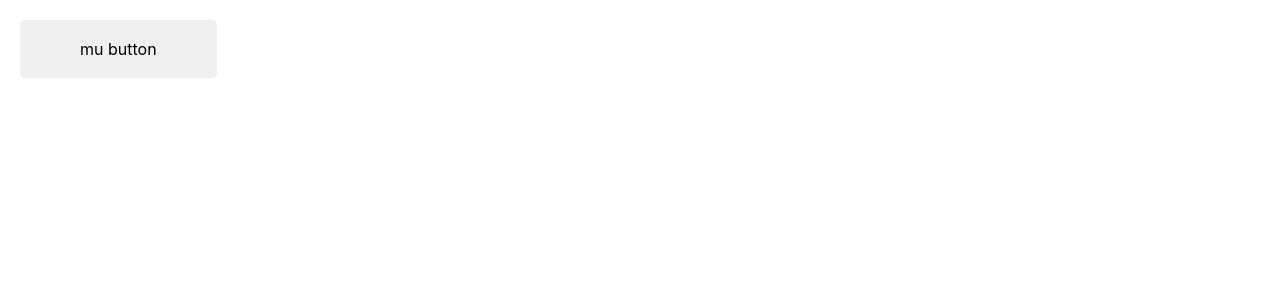
Repository: HuoXiaoYe/huoxiaoye_mumu
Page: /
These files come from the project's save history. The page is drawn as it stood at one moment and after a run of saves; the edit follows.
The browser window is 1280 px wide. The pictures show the whole page.
The project was rebuilt for these pictures with package versions that can differ from the ones it lists, and the page was loaded fresh each time.

Above is the page before, as saved 2020-07-06 09:51:36.

### src/App.tsx
import React from 'react';
import './App.css';
import "@/ui/less/reset.less"

import ButtonWrap from "@/pages/button/buttonWrap"

function App() {
  return (
    <div className="App">
      <ButtonWrap />
    </div>
  );
}

export default App;

### src/ui/less/reset.less
@import "@/ui/less/variables.less";
/*! normalize.css v8.0.1 | MIT License | github.com/necolas/normalize.css */

/* Document
   ========================================================================== */

/**
 * 1. Correct the line height in all browsers.
 * 2. Prevent adjustments of font size after orientation changes in iOS.
 */

 html {
    font-size: @fontNormalSize;
    line-height: 1.15; /* 1 */
    -webkit-text-size-adjust: 100%; /* 2 */
  }

  /* Sections
     ========================================================================== */

  /**
   * Remove the margin in all browsers.
   */

  body {
    margin: 0;
  }

  /**
   * Render the `main` element consistently in IE.
   */

  main {
    display: block;
  }

  /**
   * Correct the font size and margin on `h1` elements within `section` and
   * `article` contexts in Chrome, Firefox, and Safari.
   */

  h1 {
    font-size: 2em;
    margin: 0.67em 0;
  }

  /* Grouping content
     ========================================================================== */

  /**
   * 1. Add the correct box sizing in Firefox.
   * 2. Show the overflow in Edge and IE.
   */

  hr {
    box-sizing: content-box; /* 1 */
    height: 0; /* 1 */
    overflow: visible; /* 2 */
  }

  /**
   * 1. Correct the inheritance and scaling of font size in all browsers.
   * 2. Correct the odd `em` font sizing in all browsers.
   */

  pre {
    font-family: monospace, monospace; /* 1 */
    font-size: 1em; /* 2 */
  }

  /* Text-level semantics
     ========================================================================== */

  /**
   * Remove the gray background on active links in IE 10.
   */

  a {
    background-color: transparent;
  }

  /**
   * 1. Remove the bottom border in Chrome 57-
   * 2. Add the correct text decoration in Chrome, Edge, IE, Opera, and Safari.
   */

  abbr[title] {
    border-bottom: none; /* 1 */
    text-decoration: underline; /* 2 */
    text-decoration: underline dotted; /* 2 */
  }

  /**
   * Add the correct font weight in Chrome, Edge, and Safari.
   */

  b,
  strong {
    font-weight: bolder;
  }

  /**
   * 1. Correct the inheritance and scaling of font size in all browsers.
   * 2. Correct the odd `em` font sizing in all browsers.
   */

  code,
  kbd,
  samp {
    font-family: monospace, monospace; /* 1 */
    font-size: 1em; /* 2 */
  }

  /**
   * Add the correct font size in all browsers.
   */

  small {
    font-size: 80%;
  }

  /**
   * Prevent `sub` and `sup` elements from affecting the line height in
   * all browsers.
   */

  sub,
  sup {
    font-size: 75%;
    line-height: 0;
    position: relative;
    vertical-align: baseline;
  }

  sub {
    bottom: -0.25em;
  }

  sup {
    top: -0.5em;
  }

  /* Embedded content
     ========================================================================== */

  /**
   * Remove the border on images inside links in IE 10.
   */

  img {
    border-style: none;
  }

  /* Forms
     ========================================================================== */

  /**
   * 1. Change the font styles in all browsers.
   * 2. Remove the margin in Firefox and Safari.
   */

  button,
  input,
  optgroup,
  select,
  textarea {
    font-family: inherit; /* 1 */
    font-size: 100%; /* 1 */
    line-height: 1.15; /* 1 */
    margin: 0; /* 2 */
  }

  /**
   * Show the overflow in IE.
   * 1. Show the overflow in Edge.
   */

  button,
  input { /* 1 */
    overflow: visible;
  }

  /**
   * Remove the inheritance of text transform in Edge, Firefox, and IE.
   * 1. Remove the inheritance of text transform in Firefox.
   */

  button,
  select { /* 1 */
    text-transform: none;
  }

  /**
   * Correct the inability to style clickable types in iOS and Safari.
   */

  button,
  [type="button"],
  [type="reset"],
  [type="submit"] {
    -webkit-appearance: button;
  }

  /**
   * Remove the inner border and padding in Firefox.
   */

  button::-moz-focus-inner,
  [type="button"]::-moz-focus-inner,
  [type="reset"]::-moz-focus-inner,
  [type="submit"]::-moz-focus-inner {
    border-style: none;
    padding: 0;
  }

  /**
   * Restore the focus styles unset by the previous rule.
   */

  button:-moz-focusring,
  [type="button"]:-moz-focusring,
  [type="reset"]:-moz-focusring,
  [type="submit"]:-moz-focusring {
    outline: 1px dotted ButtonText;
  }

  /**
   * Correct the padding in Firefox.
   */

  fieldset {
    padding: 0.35em 0.75em 0.625em;
  }

  /**
   * 1. Correct the text wrapping in Edge and IE.
   * 2. Correct the color inheritance from `fieldset` elements in IE.
   * 3. Remove the padding so developers are not caught out when they zero out
   *    `fieldset` elements in all browsers.
   */

  legend {
    box-sizing: border-box; /* 1 */
    color: inherit; /* 2 */
    display: table; /* 1 */
    max-width: 100%; /* 1 */
    padding: 0; /* 3 */
    white-space: normal; /* 1 */
  }

  /**
   * Add the correct vertical alignment in Chrome, Firefox, and Opera.
   */

  progress {
    vertical-align: baseline;
  }

  /**
   * Remove the default vertical scrollbar in IE 10+.
   */

  textarea {
    overflow: auto;
  }

  /**
   * 1. Add the correct box sizing in IE 10.
   * 2. Remove the padding in IE 10.
   */

  [type="checkbox"],
  [type="radio"] {
    box-sizing: border-box; /* 1 */
    padding: 0; /* 2 */
  }

  /**
   * Correct the cursor style of increment and decrement buttons in Chrome.
   */

  [type="number"]::-webkit-inner-spin-button,
  [type="number"]::-webkit-outer-spin-button {
    height: auto;
  }

  /**
   * 1. Correct the odd appearance in Chrome and Safari.
   * 2. Correct the outline style in Safari.
   */

  [type="search"] {
    -webkit-appearance: textfield; /* 1 */
    outline-offset: -2px; /* 2 */
  }

  /**
   * Remove the inner padding in Chrome and Safari on macOS.
   */

  [type="search"]::-webkit-search-decoration {
    -webkit-appearance: none;
  }

  /**
   * 1. Correct the inability to style clickable types in iOS and Safari.
   * 2. Change font properties to `inherit` in Safari.
   */

  ::-webkit-file-upload-button {
    -webkit-appearance: button; /* 1 */
    font: inherit; /* 2 */
  }

  /* Interactive
     ========================================================================== */

  /*
   * Add the correct display in Edge, IE 10+, and Firefox.
   */

  details {
    display: block;
  }

  /*
   * Add the correct display in all browsers.
   */

  summary {
    display: list-item;
  }

  /* Misc
     ========================================================================== */

  /**
   * Add the correct display in IE 10+.
   */

  template {
    display: none;
  }

  /**
   * Add the correct display in IE 10.
   */

  [hidden] {
    display: none;
  }

### src/pages/button/buttonWrap.tsx
import Button from "@/ui/components/button/button"
import React from "react";


const ButtonWrap:React.FC = (props)=>{
    return (
        <div className="button-wrap">
            <Button>
                mu button
            </Button>
        </div>
    )
}

export default ButtonWrap;

### src/ui/less/variables.less
// 主体颜色
@primaryColor:#409eff;
@successColor:#5cb87a;
@warningColor:#e6a23c;
@dangerColor:#F56C6C;
@infoColor:#909399;

// 颜色定义

@blue: #0d6efd;
@indigo: #6610f2;
@purple: #6f42c1;
@red: #dc3545;
@orange: #fd7e14;
@yellow: #fadb14;
@green: #52c41a;
@cyan: #17a2b8;

// 字体大小
@fontNormalSize : 1rem;
@fontBigSize:1.24 * @fontNormalSize;
@fontSmallSize: 0.7 * @fontNormalSize;

### src/ui/components/button/button.tsx
import React, { useEffect } from "react";
import "./style.less"

export type ButtonType = 'primary' | 'success' | 'info' | 'warning' | 'danger' | 'link';
export type ButtonSize = 'large' | 'normal' | 'small';

interface baseButtonProps {
    size?: ButtonSize;
    type?: ButtonType;
    disabled?: boolean;
    className?: string;
    children?: React.ReactNode;
}

const Button: React.FC<baseButtonProps> = (props) => {
    useEffect(() => {
        console.log(props)
    })
    return (
            <button className="mu-button mu-large">
                {
                    props.children
                }
            </button>

    )
}

export default Button

### src/ui/components/button/style.less
@import "@/ui/less/variables.less";

.mu-button{
    margin: 20px;
    border-radius: 5px;
    border-style: none;
    &.mu-large{
        padding: 20px 60px;

    }
}

Loaded but not shown: public/index.html (common file); src/index.tsx (common file); src/index.css (common file); src/App.css (common file)

After the next 2 saves:
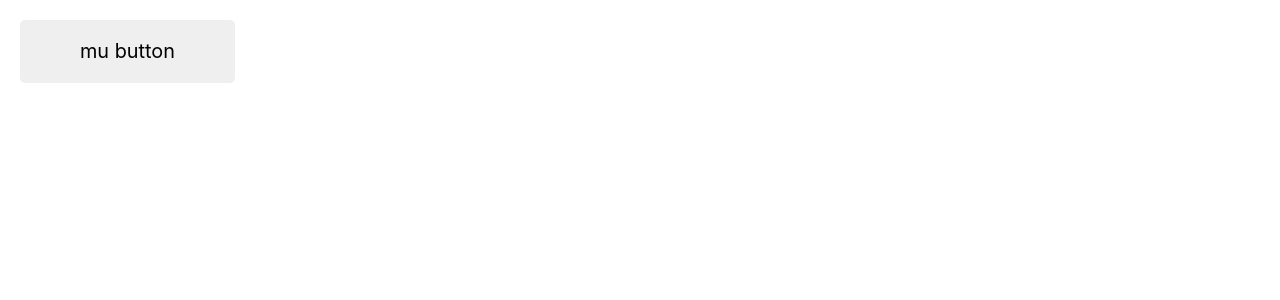
The 2 saves are shown as one change because they came seconds apart.
The last was saved 24 s later.
--- a/src/ui/components/button/style.less
+++ b/src/ui/components/button/style.less
@@ -6,6 +6,6 @@
     border-style: none;
     &.mu-large{
         padding: 20px 60px;
-
+        font-size: @fontBigSize;
     }
 }
